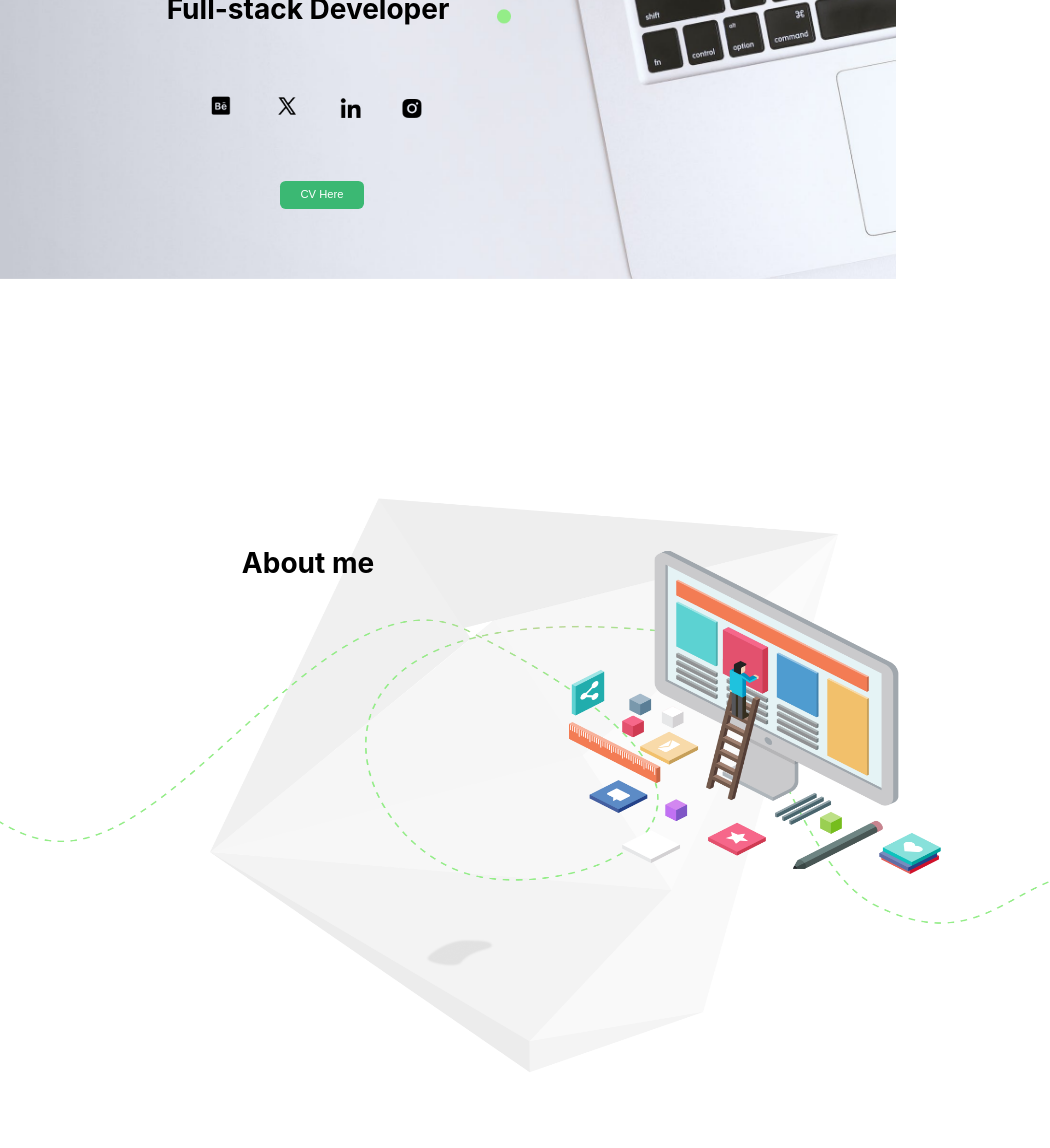
Repository: MEROO1010/Portfolio-2
Page: /
An editor plug-in stored every save of this project. The page is shown before and after the next save, followed by the edit.
The browser window is 1280 px wide. The page is 1500 px wide, so the pictures cover 1500 px, including what lies to the right of the window. The pictures show the part of the page from y = 408 to 2048 px (the page is 2564 px tall before and 2614 px after), at 70% of full size.
The project was rebuilt for these pictures with package versions that can differ from the ones it lists, and the page was loaded fresh each time.

Above is the page before, as saved 2023-12-17 13:13:32.

### src/App.js
import './App.css';
import AboutMe from './components/AboutMe';
import Home from './components/Home';
import Navbar from './components/Navbar';

function App() {
  return (
    <div className="App">
     <Navbar/>
     <Home/>
     <AboutMe/>
    </div>
  );
}

export default App;

### src/components/AboutMe.js
import React from 'react'
import styled from "styled-components"
import ABOUTME from "../images/About me.png";

const AboutMe = () => {
  return (
    <Container >
      <img src={ABOUTME}alt=""/>

      <Title>
        <h1>About me</h1>
      </Title>
    </Container>
  )
}


const Container = styled.div `
  img{
    position: relative;
    bottom:450px;
    width:1500px;
    height:1200px;
  }
`

const Title = styled.div `
 h1{
  position:relative;
  bottom:1300px;
  right:200px;
  font-size:40px;
 }
`

export default AboutMe

### src/components/Home.js
import React from 'react'
import HomeImage from "../images/header background.png";
import Circle from "../images/Green-circle.png";
import Behance from "../images/Behance.png";
import TwitterX from "../images/TwitterX.png";
import LinkedIn from "../images/LinkedIn.png";
import Instagram from "../images/Instagram.png";

import styled from "styled-components"


const Home = () => {
  return (
    <Container>
       <BackgroundImage>
       <img src={HomeImage}alt=""/>

       <h4>Hello! I’m</h4>

       <h3>Marwah Alsaggaf</h3>

       <h1>Graphic Designer &</h1>
       <h1>Full-stack Developer </h1>
       <CircleIcon>
       <img src={Circle}alt=""/>
       </CircleIcon>

       <ul >
            <li><a href='https://github.com/MEROO1010'><img src={Behance}alt=""/></a></li>
            <li><a href='https://www.instagram.com/meroo_alsaggaf/'><img src={TwitterX}alt=""/></a></li>
            <li><a href='https://www.behance.net/merooalsaggaf'><img src={LinkedIn}alt=""/></a></li>
            <li><a href='https://www.linkedin.com/in/marwah-alsaggaf-ba44011b2/'><img src={Instagram}alt=""/></a></li>
          </ul>

          <CVButton>
         <button>CV Here</button>
       </CVButton>
       </BackgroundImage>


    </Container>
  )
}

const Container = styled.div`

`

const BackgroundImage = styled.div `
 img{
  object-fit:cover;
  max-width: 100%;
    max-height: 100%;
  -o-object-fit: contain;
    object-fit: contain;
 }

 h4{
  position:relative;
  bottom:700px;
  right:450px;
  font-size:20px;
  color:#3BB873
 }

 h3{
  position:relative;
  bottom:690px;
  right:320px;
  font-size:30px;
  color:#3BB873
 }

 h1{
  position:relative;
  bottom:650px;
  right:200px;
  font-size:40px;
  color:#000
 }


  ul{
    position:relative;
   list-style-type: none;

  padding-left: 40px;
  bottom: 620px;
  right:240px;
  overflow: hidden;

  }

  li{
    display: inline;
    padding-left:60px;
    position:relative;
  }
`

const CircleIcon = styled.div`
  img{
    position:relative;
  bottom:700px;
  left:80px;


  }
`

const CVButton = styled.div `
  button{
    position:relative;
margin-left:40px;
right:200px;
bottom:550px;
width:120px;
height:40px;
font-size:16px;
border-radius:8px;
border:none;
background-color:#3BB873;
color:white;
}
`

export default Home

### src/components/Navbar.js
import React from 'react'
import styled from "styled-components"
import MYLOGO from "../images/white logo.png";

const Navbar = () => {
  return (
    <Container>
       <ul>
          <li>Home</li>
          <li>About Me</li>
          <li>Services</li>
          <li>Portfolio</li>
          <li>Contact</li>
       </ul>

       <Logo>
       <img src={MYLOGO}alt=""/>
       </Logo>

       <PortfolioButton>
         <button>Portfolio Here</button>
       </PortfolioButton>
    </Container>
  )
}


const Container = styled.div `
margin-top:8px;
height:8px;
  ul{
    position:relative;
   list-style-type: none;

  padding-left: 40px;
  top: 40px;
  left:20px;
  overflow: hidden;
  background-color: #fff;
  }

  li {
    font-size:20px;
    position:sticky;
    justifyContent: flex-end;
    display: flex;
    right:100px;
  float: left;
  padding-left: 20px;
  margin-left:120px;


}
li a {
  display: block;
  color: white;
  text-align: center;
  padding: 16px;
  text-decoration: none;
}

li a:hover {
  background-color: #111111;
}
`

const Logo = styled.div `
position:relative;
bottom:20px;
padding-bottom:80px;
 img{
 width:80px;
 height:80px;
 float: left;
 margin-left:40px;
 padding-bottom:4px;
 justifyContent: flex-end;

 }
`

const PortfolioButton = styled.div`

  button{
    position:relative;
margin-left:40px;
left:550px;
bottom:80px;
width:120px;
height:40px;
font-size:14px;
border-radius:8px;
background-color:black;
color:white;
  }
`

export default Navbar

Loaded but not shown: public/index.html (common file); src/index.js (common file); src/index.css (common file); src/reportWebVitals.js (common file); src/App.css (common file)

After the next save:
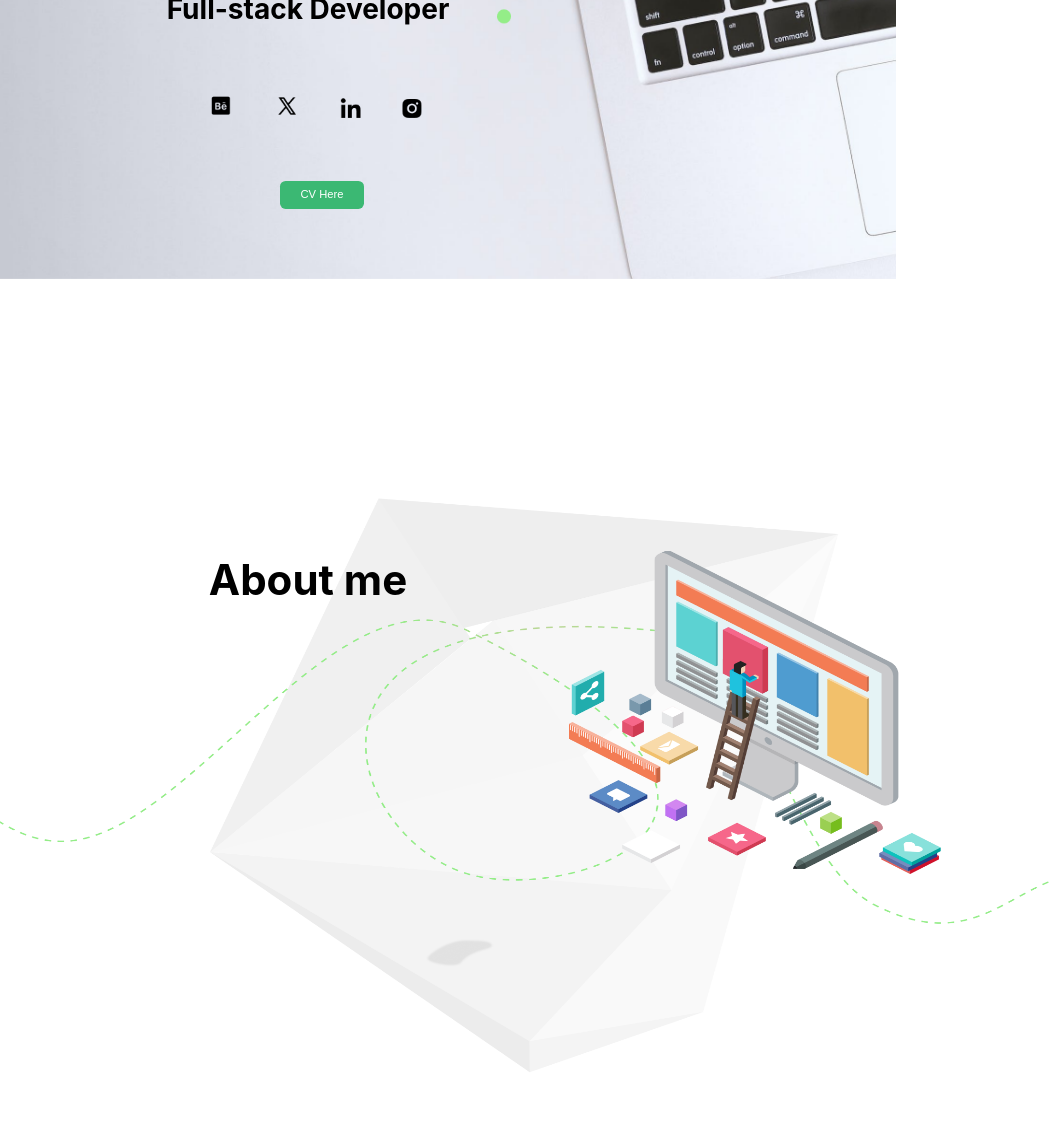
Saved 4 s later.
--- a/src/components/AboutMe.js
+++ b/src/components/AboutMe.js
@@ -29,7 +29,7 @@ const Title = styled.div `
   position:relative;
   bottom:1300px;
   right:200px;
-  font-size:40px;
+  font-size:60px;
  }
 `
 
